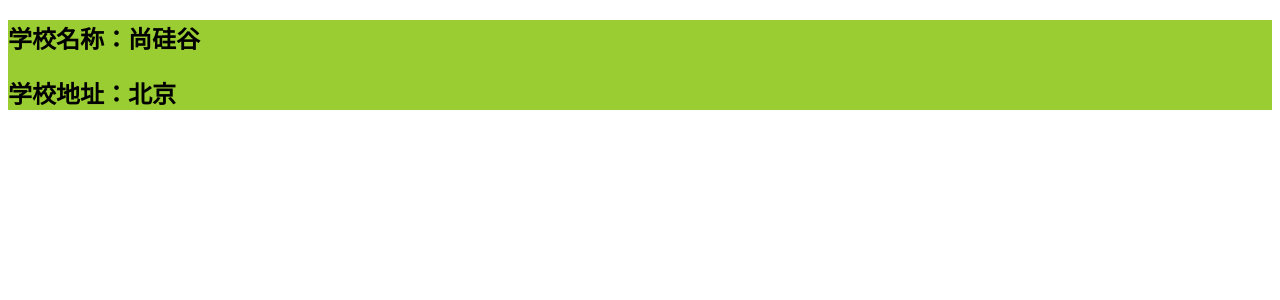
Repository: 319226862/wyy
Page: / (app in vue_test/)
These files come from the project's save history. The page is drawn as it stood at one moment and after the next save; the edit follows.
The browser window is 1280 px wide. The pictures show the whole page.
The project was rebuilt for these pictures with package versions that can differ from the ones it lists, and the page was loaded fresh each time. Also part of the build but not shown: vue_test/vue.config.js.

Above is the page before, as saved 2023-06-19 14:59:06.

After the next save:
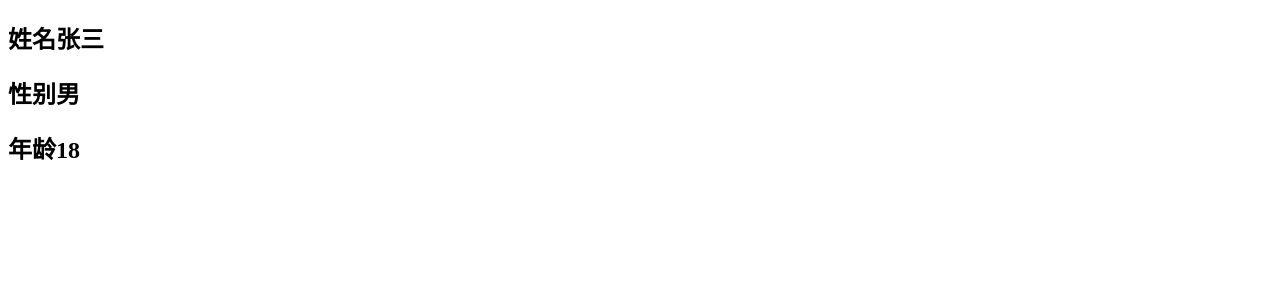
Saved 55 s later.
--- a/vue_test/src/components/School.vue
+++ b/vue_test/src/components/School.vue
@@ -1,7 +1,8 @@
 <template>
-    <div class="school">
-        <h2>学校名称：{{ name }}</h2>
-        <h2>学校地址：{{ address }}</h2>
+    <div>
+        <h2>姓名{{ name }}</h2>
+        <h2>性别{{ sex }}</h2>
+        <h2>年龄{{ age }}</h2>
     </div>
 </template>
 
@@ -10,14 +11,10 @@ export default {
     name: 'School',
     data(){
         return{
-            name: '尚硅谷',
-            address: '北京',
+            name: '张三',
+            sex: '男',
+            age: 18,
         }
     }
 }
 </script>
-
-<style>
-.school{
-background-color: yellowgreen;}
-</style>
